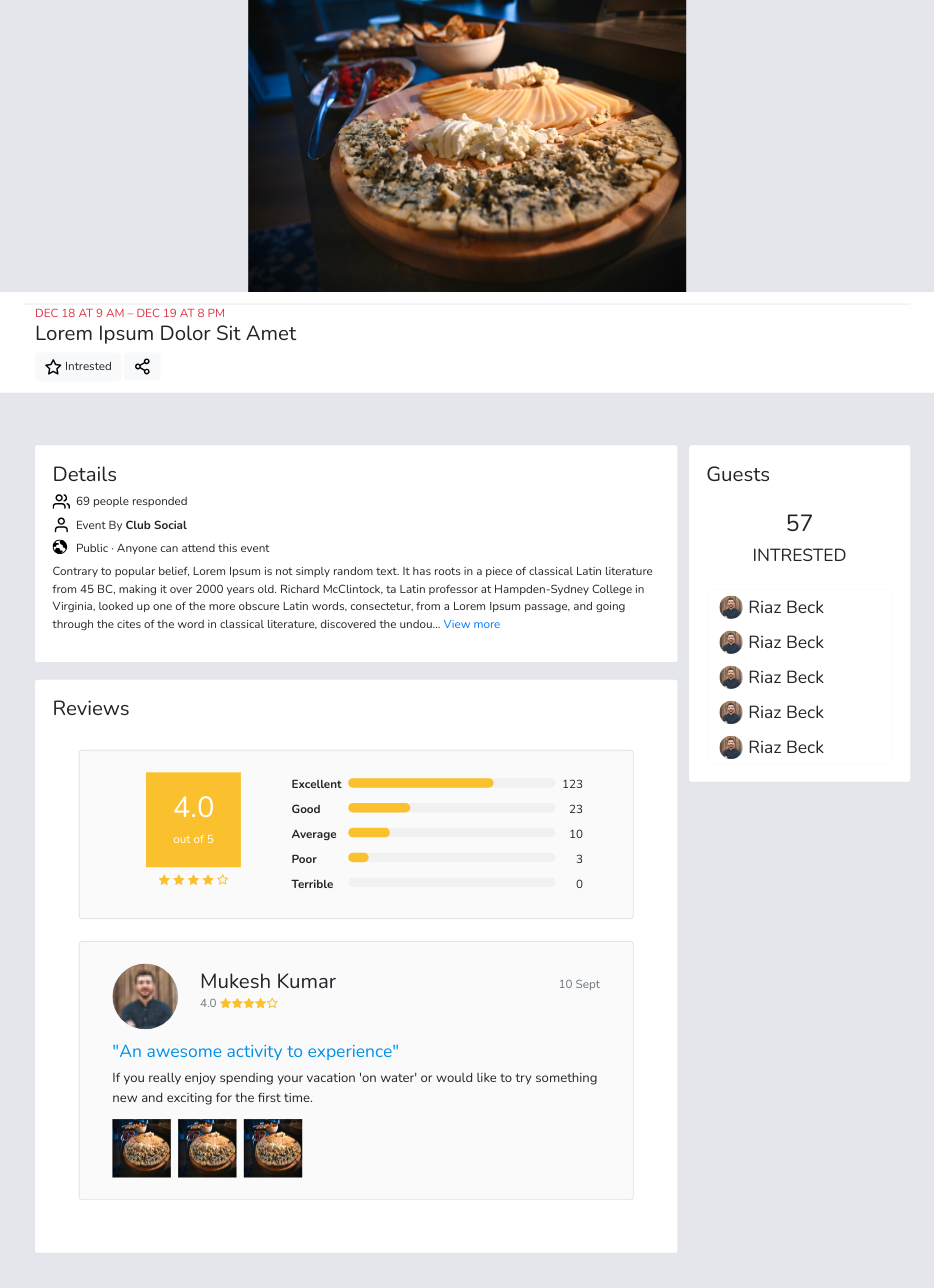
Repository: iamrachid/ensaevents
Page: event.html
These files come from the project's save history. The page is drawn as it stood at one moment and after the next save; the edit follows.
The browser window is 1280 px wide. The pictures show the whole page, at 73% of full size.

Above is the page before, as saved 2021-11-25 18:08:37.

### event.html
<html>

<head>
    <meta charset="UTF-8">
    <meta http-equiv="X-UA-Compatible" content="IE=edge">
    <meta name="viewport" content="width=device-width, initial-scale=1.0">
    <title>Document</title>
    <link rel="stylesheet" href="css/bootstrap.css">
    <link rel="stylesheet" href="css/style.css">
    <!-- Link Swiper's CSS -->
    <link rel="stylesheet" href="https://unpkg.com/swiper/swiper-bundle.min.css" />

    <link rel="preconnect" href="https://fonts.googleapis.com">
    <link rel="preconnect" href="https://fonts.gstatic.com" crossorigin>
    <link
        href="https://fonts.googleapis.com/css2?family=Nunito:ital,wght@0,200;0,300;0,400;0,600;0,700;0,800;0,900;1,200;1,300;1,400;1,600;1,700;1,800;1,900&display=swap"
        rel="stylesheet">
</head>

<body class="w-100">

    <div class="text-center bg-main d-flex justify-content-center">
        <img src="assets/img/card-1.jpg" class="cover-img">
    </div>
    <div class="py-3 px-md-5 px-3">
        <div class="row border-top">
            <div class="col-md-10 col-md-12">
                <span class="text-uppercase text-danger">DEC 18 AT 9 AM – DEC 19 AT 8 PM</span>
                <h3>Lorem Ipsum Dolor Sit Amet</h3>
            </div>
            <div class="col-md-2 col-sm-12">
                <button class="btn btn-light ">
                    <svg class="btn-icon">
                        <use xlink:href="assets/img/icons.svg#icon-star"></use>
                    </svg>
                    Intrested</button>
                <button class="btn btn-light">
                    <svg class="btn-icon">
                        <use xlink:href="assets/img/icons.svg#icon-share-2"></use>
                    </svg>
                </button>
            </div>
        </div>
    </div>

    <div class="p-md-5 p-0 bg-main">
        <div class="row">
            <div class="col-md-8 col-lg-9 pr-3 col-12">
                <div class="bg-white mt-4 p-4 rounded">
                    <h3>Details</h3>
                    <div class="d-flex">
                        <svg class="detail-icon mr-2 mb-2">
                            <use xlink:href="assets/img/icons.svg#icon-users"></use>
                        </svg>
                        <span>69 people responded</span>
                    </div>
                    <div class="d-flex">
                        <svg class="detail-icon mr-2  mb-2">
                            <use xlink:href="assets/img/icons.svg#icon-user"></use>
                        </svg>
                        <span>Event By <strong>Club Social</strong></span>
                    </div>
                    <div class="d-flex">
                        <svg class="detail-icon mr-2 mb-2">
                            <use xlink:href="assets/img/icons.svg#icon-public"></use>
                        </svg>
                        <span>Public · Anyone can attend this event</span>
                    </div>
                    <p>
                        <span>
                            Contrary to popular belief, Lorem Ipsum is not simply random text. It has roots in a piece
                            of
                            classical
                            Latin literature from 45 BC, making it over 2000 years old. Richard McClintock, ta Latin
                            professor
                            at
                            Hampden-Sydney College in Virginia, looked up one of the more obscure Latin words,
                            consectetur,
                            from
                            a
                            Lorem Ipsum passage, and going through the cites of the word in classical literature,
                            discovered
                            the
                            undou</span><span class="collapse  multi-collapse show fast" id="dots">...</span>
                        <span class="collapse  multi-collapse fast" id="more-text">btable source. Lorem Ipsum comes from
                            sections
                            1.10.32 and 1.10.33 of "de Finibus Bonorum et
                            Malorum" (The Extremes of Good and Evil) by Cicero, written in 45 BC. This book is a
                            treatise on
                            the
                            theory of ethics, very popular during the Renaissance. The first line of Lorem Ipsum, "Lorem
                            ipsum
                            dolor
                            sit amet..", comes from a line in section 1.10.32.
                        </span>

                        <a class="collapse  multi-collapse fast" type="button" id="less" data-toggle="collapse"
                            data-target=".multi-collapse" aria-expanded="false"
                            aria-controls="dots more less more-text">View less</a>
                        <a class="collapse show  multi-collapse fast" type="button" id="more" data-toggle="collapse"
                            data-target=".multi-collapse" aria-expanded="false"
                            aria-controls="dots more less more-text">View more</a>
                    </p>
                </div>
                <div class="bg-white mt-4 p-4 rounded">
                    <h3>Reviews</h3>


                    <div class="row justify-content-center">
                        <div class=" col-11 text-center mb-5">
                            <div class="card review-card">
                                <div class="row justify-content-start d-flex">
                                    <div class="col-md-4 d-flex flex-column">
                                        <div class="rating-box">
                                            <h1 class="pt-4">4.0</h1>
                                            <p class="">out of 5</p>
                                        </div>
                                        <div class="mt-1">
                                            <svg class="rating-icon">
                                                <use xlink:href="assets/img/icons.svg#icon-star-full"></use>
                                            </svg>
                                            <svg class="rating-icon">
                                                <use xlink:href="assets/img/icons.svg#icon-star-full"></use>
                                            </svg>
                                            <svg class="rating-icon">
                                                <use xlink:href="assets/img/icons.svg#icon-star-full"></use>
                                            </svg>
                                            <svg class="rating-icon">
                                                <use xlink:href="assets/img/icons.svg#icon-star-full"></use>
                                            </svg>
                                            <svg class="rating-icon">
                                                <use xlink:href="assets/img/icons.svg#icon-star"></use>
                                            </svg>
                                        </div>
                                    </div>
                                    <div class="col-md-8">
                                        <div class="rating-bar0 justify-content-center">
                                            <table class="text-left mx-auto">
                                                <tr>
                                                    <td class="rating-label">Excellent</td>
                                                    <td class="rating-bar">
                                                        <div class="bar-container">
                                                            <div class="bar-5"></div>
                                                        </div>
                                                    </td>
                                                    <td class="text-right">123</td>
                                                </tr>
                                                <tr>
                                                    <td class="rating-label">Good</td>
                                                    <td class="rating-bar">
                                                        <div class="bar-container">
                                                            <div class="bar-4"></div>
                                                        </div>
                                                    </td>
                                                    <td class="text-right">23</td>
                                                </tr>
                                                <tr>
                                                    <td class="rating-label">Average</td>
                                                    <td class="rating-bar">
                                                        <div class="bar-container">
                                                            <div class="bar-3"></div>
                                                        </div>
                                                    </td>
                                                    <td class="text-right">10</td>
                                                </tr>
                                                <tr>
                                                    <td class="rating-label">Poor</td>
                                                    <td class="rating-bar">
                                                        <div class="bar-container">
                                                            <div class="bar-2"></div>
                                                        </div>
                                                    </td>
                                                    <td class="text-right">3</td>
                                                </tr>
                                                <tr>
                                                    <td class="rating-label">Terrible</td>
                                                    <td class="rating-bar">
                                                        <div class="bar-container">
                                                            <div class="bar-1"></div>
                                                        </div>
                                                    </td>
                                                    <td class="text-right">0</td>
                                                </tr>
                                            </table>
                                        </div>
                                    </div>
                                </div>
                            </div>
                            <div class="card review-card">
                                <div class="row d-flex">
                                    <div class=""> <img class="profile-pic" src="assets/img/user.png"> </div>
                                    <div class="d-flex flex-column">
                                        <h3 class="mt-2 mb-0">Mukesh Kumar</h3>
                                        <div>
                                            <p class="text-left d-flex align-items-center"><span
                                                    class="text-muted mr-1">4.0</span>
                                                <svg class="rating-icon">
                                                    <use xlink:href="assets/img/icons.svg#icon-star-full"></use>
                                                </svg>
                                                <svg class="rating-icon">
                                                    <use xlink:href="assets/img/icons.svg#icon-star-full"></use>
                                                </svg>
                                                <svg class="rating-icon">
                                                    <use xlink:href="assets/img/icons.svg#icon-star-full"></use>
                                                </svg>
                                                <svg class="rating-icon">
                                                    <use xlink:href="assets/img/icons.svg#icon-star-full"></use>
                                                </svg>
                                                <svg class="rating-icon">
                                                    <use xlink:href="assets/img/icons.svg#icon-star"></use>
                                                </svg>
                                            </p>
                                        </div>
                                    </div>
                                    <div class="ml-auto">
                                        <p class="text-muted pt-5 pt-sm-3">10 Sept</p>
                                    </div>
                                </div>
                                <div class="row text-left">
                                    <h4 class="blue-text mt-3">"An awesome activity to experience"</h4>
                                    <p class="content">If you really enjoy spending your vacation 'on water' or would
                                        like
                                        to try something new and exciting for the first time.</p>
                                </div>
                                <div class="row text-left"> <img class="pic" src="assets/img/card-1.jpg"> <img
                                        class="pic" src="assets/img/card-1.jpg"> <img class="pic"
                                        src="assets/img/card-1.jpg"> </div>
                            </div>
                        </div>
                    </div>




                </div>
            </div>
            <div class="px-md-0 py-4 col-md-4 col-lg-3  col-sm-12 ">
                <div class="bg-white px-4 py-4 mt-4 mt-md-0 rounded">
                    <h3>Guests</h3>
                    <div class="d-flex  justify-content-center py-4">
                        <div class="d-flex flex-column align-items-center">
                            <h2 cla>57</h2>
                            <h4 class="text-uppercase">Intrested</h4>
                        </div>

                    </div>
                    <div class="overflow-auto border-light border rounded users px-2">
                        <div class="user d-flex align-items-center">
                            <img class="user-img m-2" src="assets/img/user.png" />
                            <span class="user-name">Riaz Beck</span>
                        </div>
                        <div class="user d-flex align-items-center">
                            <img class="user-img m-2" src="assets/img/user.png" />
                            <span class="user-name">Riaz Beck</span>
                        </div>
                        <div class="user d-flex align-items-center">
                            <img class="user-img m-2" src="assets/img/user.png" />
                            <span class="user-name">Riaz Beck</span>
                        </div>
                        <div class="user d-flex align-items-center">
                            <img class="user-img m-2" src="assets/img/user.png" />
                            <span class="user-name">Riaz Beck</span>
                        </div>
                        <div class="user d-flex align-items-center">
                            <img class="user-img m-2" src="assets/img/user.png" />
                            <span class="user-name">Riaz Beck</span>
                        </div>
                        <div class="user d-flex align-items-center">
                            <img class="user-img m-2" src="assets/img/user.png" />
                            <span class="user-name">Riaz Beck</span>
                        </div>
                        <div class="user d-flex align-items-center">
                            <img class="user-img m-2" src="assets/img/user.png" />
                            <span class="user-name">Riaz Beck</span>
                        </div>
                        <div class="user d-flex align-items-center">
                            <img class="user-img m-2" src="assets/img/user.png" />
                            <span class="user-name">Riaz Beck</span>
                        </div>
                        <div class="user d-flex align-items-center">
                            <img class="user-img m-2" src="assets/img/user.png" />
                            <span class="user-name">Riaz Beck</span>
                        </div>
                        <div class="user d-flex align-items-center">
                            <img class="user-img m-2" src="assets/img/user.png" />
                            <span class="user-name">Riaz Beck</span>
                        </div>
                    </div>
                </div>
            </div>
        </div>
        <script src="js/jquery-3.6.0.js">
        </script>
        <!-- Bootstrap -->
        <script src="js/bootstrap.js"></script>
        <!-- Swiper JS -->
        <script src="js/swiper-bundle.min.js"></script>

        <!-- Main script -->
        <script src="js/script.js"></script>

</body>

</html>

Loaded but not shown: css/bootstrap.css (library); js/jquery-3.6.0.js (library); js/bootstrap.js (library); js/swiper-bundle.min.js (library); js/script.js (53 lines, source omitted); css/style.css (270 lines, source omitted)

After the next save:
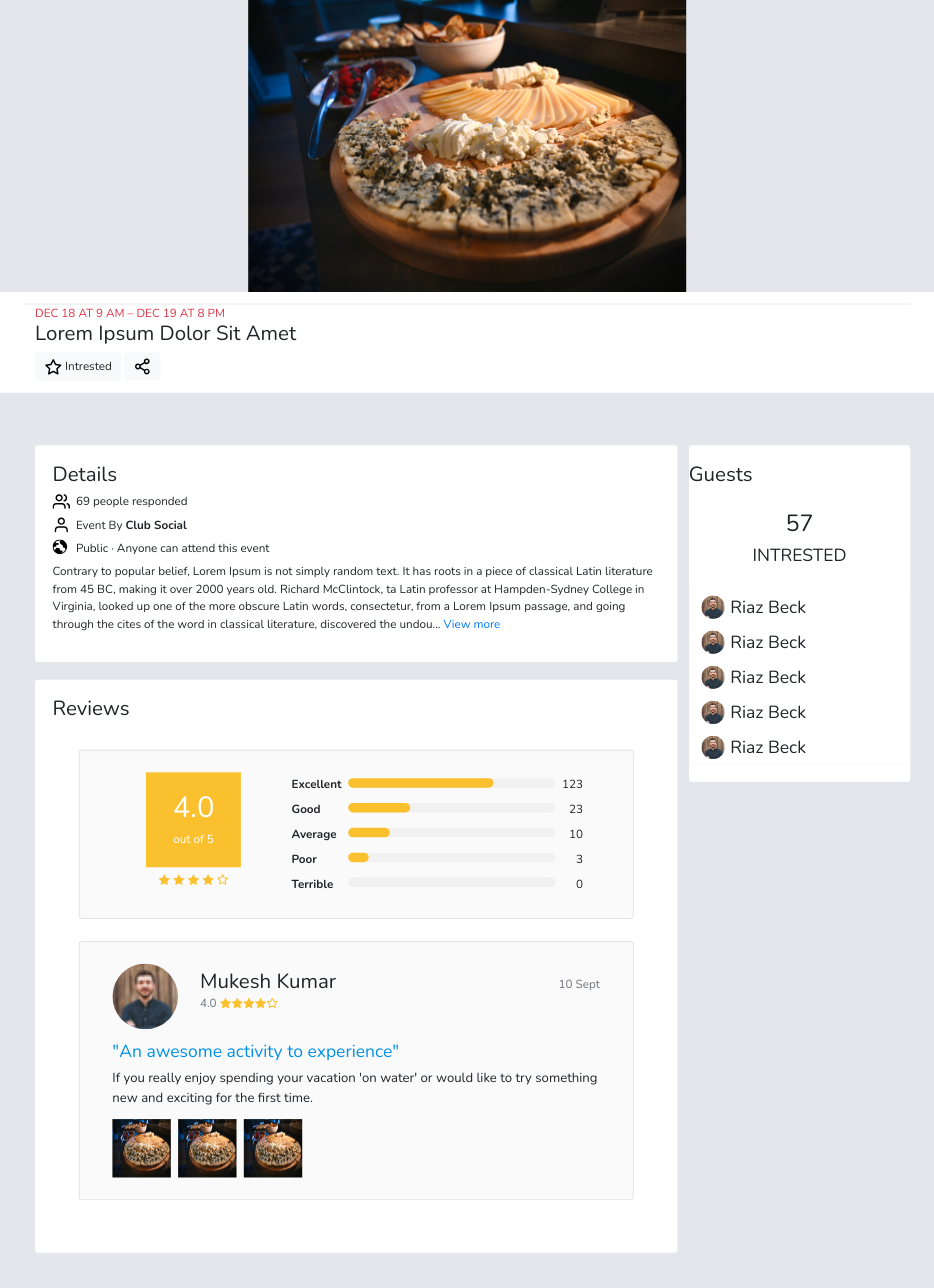
Saved 12 s later.
--- a/event.html
+++ b/event.html
@@ -234,8 +234,8 @@
 
                 </div>
             </div>
-            <div class="px-md-0 py-4 col-md-4 col-lg-3  col-sm-12 ">
-                <div class="bg-white px-4 py-4 mt-4 mt-md-0 rounded">
+            <div class=" px-4 px-md-0 py-4 col-md-4 col-lg-3  col-sm-12 ">
+                <div class="bg-white  py-4 mt-4 mt-md-0 rounded">
                     <h3>Guests</h3>
                     <div class="d-flex  justify-content-center py-4">
                         <div class="d-flex flex-column align-items-center">

After the save that followed:
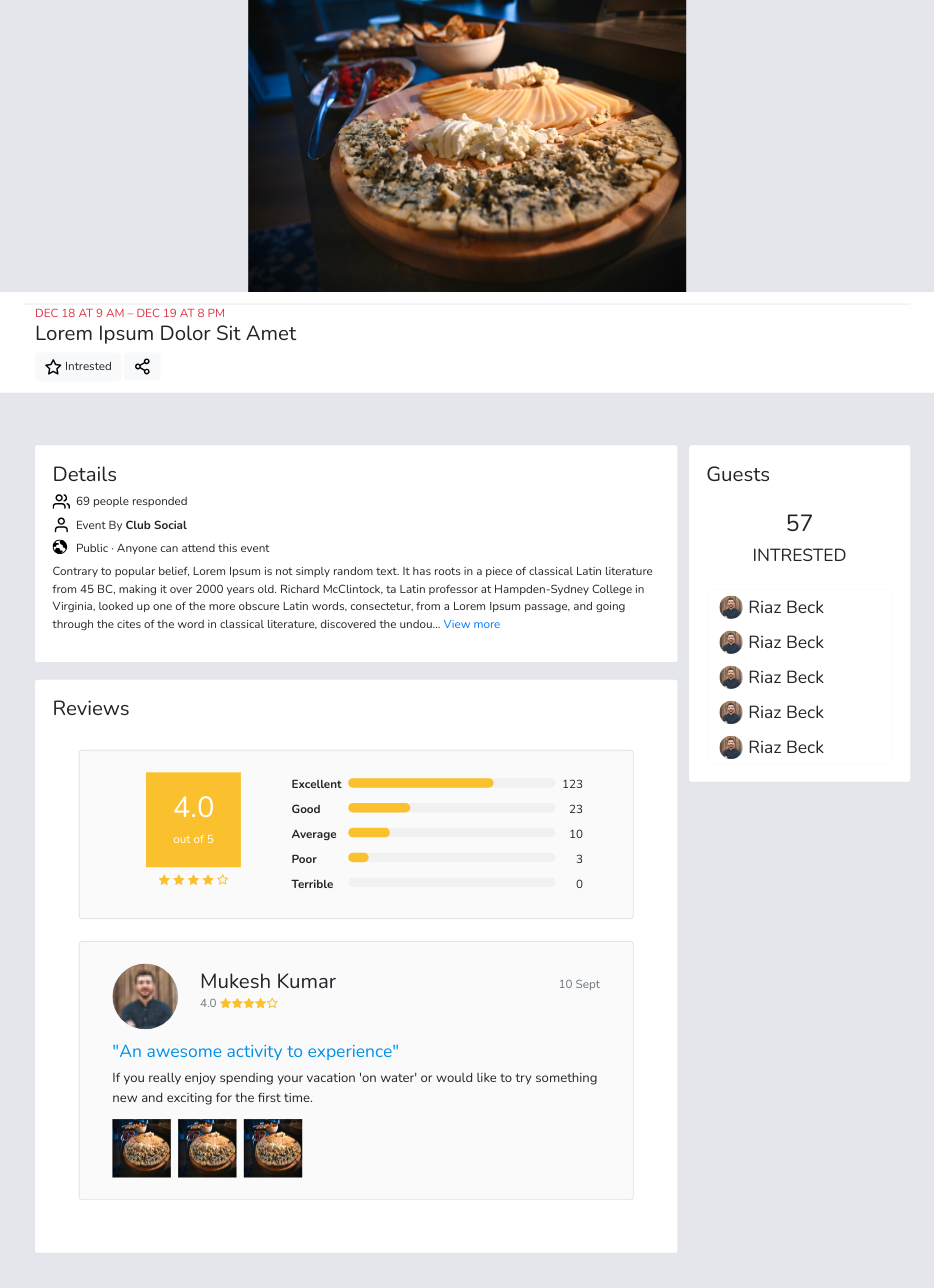
Saved 17 s later.
--- a/event.html
+++ b/event.html
@@ -235,7 +235,7 @@
                 </div>
             </div>
             <div class=" px-4 px-md-0 py-4 col-md-4 col-lg-3  col-sm-12 ">
-                <div class="bg-white  py-4 mt-4 mt-md-0 rounded">
+                <div class="bg-white  p-4 mt-4 mt-md-0 rounded">
                     <h3>Guests</h3>
                     <div class="d-flex  justify-content-center py-4">
                         <div class="d-flex flex-column align-items-center">
